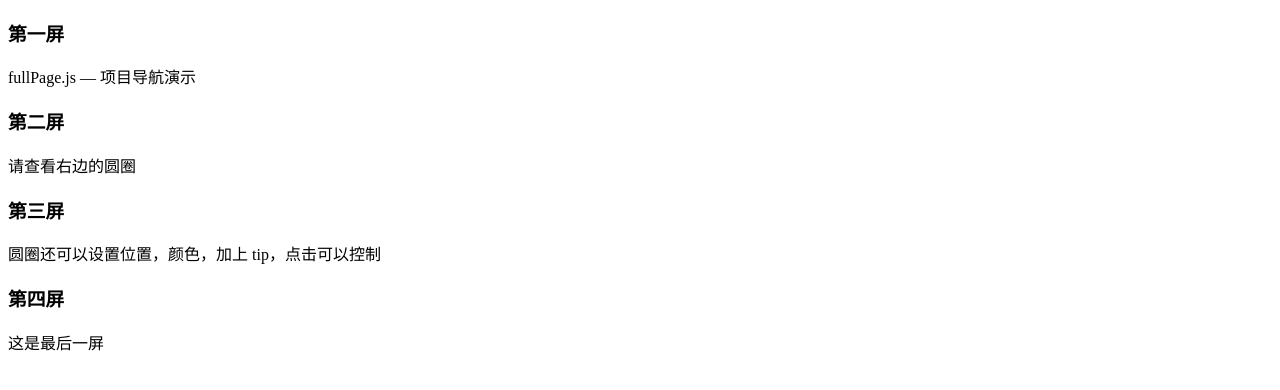
Repository: tfdonna/fontend
Page: js第一阶段/jquery/WebContent/hw02-全屏滚动四屏.html
The author's editor kept a copy of each file at every save. The page is drawn from the files as they stood at one save, then again after the next save.
The browser window is 1280 px wide. The pictures show the whole page.

Above is the page before, as saved 2021-09-06 10:21:17.
Console error: ReferenceError: $ is not defined

After the next save:
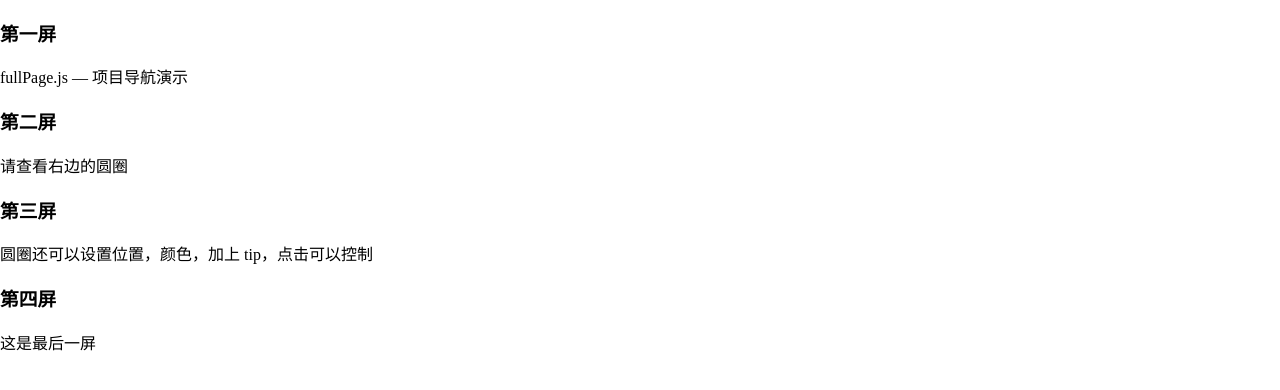
Saved 19 s later.
--- a/js第一阶段/jquery/WebContent/hw02-全屏滚动四屏.html
+++ b/js第一阶段/jquery/WebContent/hw02-全屏滚动四屏.html
@@ -3,7 +3,7 @@
 <head>
 	<meta charset="UTF-8">
 	<title>Insert title here</title>
-
+	<link rel="stylesheet" href="fullPage/css/jquery.fullPage.css">
 	<script>
 	$(function(){
 	    $('#dowebok').fullpage({
